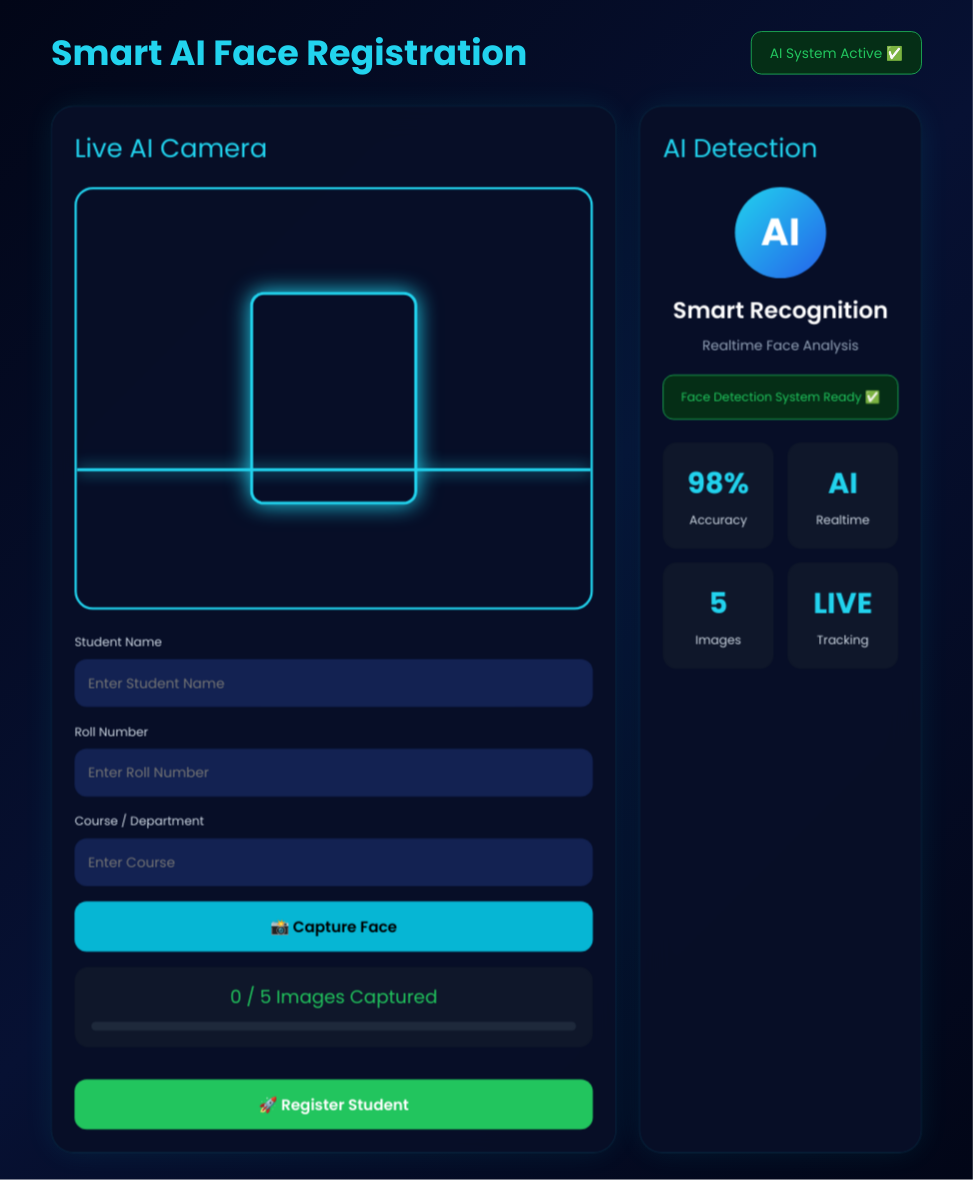
Repository: tejaskale123/smart-campus-intelligence-system
Page: backend/templates/authentication/register_face.html
The author's editor kept a copy of each file at every save. The page is drawn from the files as they stood at one save, then again after the next save.
The browser window is 1280 px wide. The pictures show the whole page, at 76% of full size.
The template is drawn by Django 5.2. The application's start-up code is not run. Other server files are loaded and not shown. The template is opened directly, without the code that normally fills it, so the values that code supplies are empty.

Above is the page before, as saved 2026-05-11 18:29:29.

### backend/templates/authentication/register_face.html
{% load static %}

<!DOCTYPE html>
<html lang="en">

<head>

    <meta charset="UTF-8">

    <meta
        name="viewport"
        content="width=device-width, initial-scale=1.0"
    >

    <title>
        Smart AI Face Registration
    </title>

    <link
        href="https://fonts.googleapis.com/css2?family=Poppins:wght@300;400;500;600;700&display=swap"
        rel="stylesheet"
    >

<style>

*{
    margin:0;
    padding:0;
    box-sizing:border-box;
    font-family:'Poppins',sans-serif;
}

body{

    background:
    linear-gradient(
        135deg,
        #020617,
        #071133,
        #020617
    );

    min-height:100vh;

    color:white;

    overflow-x:hidden;
}

.container{

    width:95%;

    max-width:1600px;

    margin:auto;

    padding:35px;
}

.header{

    display:flex;

    justify-content:space-between;

    align-items:center;

    margin-bottom:35px;
}

.logo{

    font-size:46px;

    font-weight:700;

    color:#22d3ee;
}

.ai-status{

    padding:14px 24px;

    background:#052e16;

    border:1px solid #22c55e;

    border-radius:14px;

    color:#22c55e;

    font-size:18px;
}

.grid{

    display:grid;

    grid-template-columns:2fr 1fr;

    gap:30px;
}

.card{

    background:rgba(8,15,40,0.95);

    border:1px solid rgba(34,211,238,0.15);

    border-radius:30px;

    padding:30px;

    backdrop-filter:blur(20px);

    box-shadow:
    0 0 40px rgba(0,255,255,0.08);
}

.section-title{

    font-size:34px;

    color:#22d3ee;

    margin-bottom:25px;
}

.camera-wrapper{

    position:relative;

    border-radius:24px;

    overflow:hidden;

    border:3px solid #22d3ee;
}

video{

    width:100%;

    height:550px;

    object-fit:cover;

    display:block;
}

.scan-line{

    position:absolute;

    width:100%;

    height:4px;

    background:#22d3ee;

    box-shadow:0 0 20px #22d3ee;

    animation:scan 3s linear infinite;
}

@keyframes scan{

    0%{
        top:0%;
    }

    100%{
        top:100%;
    }
}

.face-box{

    position:absolute;

    top:50%;
    left:50%;

    transform:translate(-50%,-50%);

    width:220px;
    height:280px;

    border:4px solid #22d3ee;

    border-radius:18px;

    box-shadow:
    0 0 30px #22d3ee;
}

.form-area{

    margin-top:30px;
}

.input-group{

    margin-bottom:20px;
}

label{

    display:block;

    margin-bottom:10px;

    color:#cbd5e1;

    font-size:16px;
}

input{

    width:100%;

    padding:18px;

    background:#132252;

    border:none;

    border-radius:16px;

    color:white;

    font-size:18px;

    outline:none;
}

input:focus{

    border:2px solid #22d3ee;
}

.btn{

    width:100%;

    padding:18px;

    border:none;

    border-radius:16px;

    font-size:20px;

    font-weight:600;

    cursor:pointer;

    transition:0.3s;
}

.capture-btn{

    background:#06b6d4;

    color:black;

    margin-bottom:20px;
}

.capture-btn:hover{

    transform:scale(1.02);

    box-shadow:
    0 0 25px #06b6d4;
}

.register-btn{

    background:#22c55e;

    color:white;
}

.register-btn:hover{

    transform:scale(1.02);

    box-shadow:
    0 0 25px #22c55e;
}

.progress-card{

    background:#0f172a;

    padding:22px;

    border-radius:18px;

    margin-bottom:22px;
}

.progress-text{

    text-align:center;

    font-size:24px;

    color:#22c55e;

    margin-bottom:15px;
}

.progress-bar{

    width:100%;

    height:12px;

    background:#1e293b;

    border-radius:20px;

    overflow:hidden;
}

.progress-fill{

    width:0%;

    height:100%;

    background:#22d3ee;

    transition:0.4s;
}

.preview-container{

    display:flex;

    flex-wrap:wrap;

    margin-top:18px;
}

.student-card{

    text-align:center;
}

.avatar{

    width:120px;
    height:120px;

    border-radius:50%;

    margin:auto;

    background:
    linear-gradient(
        135deg,
        #22d3ee,
        #2563eb
    );

    display:flex;

    align-items:center;

    justify-content:center;

    font-size:50px;

    font-weight:700;

    margin-bottom:20px;
}

.student-name{

    font-size:30px;

    font-weight:600;
}

.student-course{

    color:#94a3b8;

    margin-top:10px;

    font-size:18px;
}

.success{

    margin-top:25px;

    background:#052e16;

    border:1px solid #22c55e;

    padding:16px;

    border-radius:14px;

    color:#22c55e;
}

.stats{

    display:grid;

    grid-template-columns:1fr 1fr;

    gap:18px;

    margin-top:30px;
}

.stat{

    background:#0f172a;

    padding:25px;

    border-radius:18px;

    text-align:center;
}

.stat h2{

    font-size:38px;

    color:#22d3ee;
}

.stat p{

    margin-top:8px;

    color:#cbd5e1;
}

#statusBox{

    margin-top:20px;

    text-align:center;

    font-size:18px;

    color:#22c55e;
}

@media(max-width:1100px){

    .grid{
        grid-template-columns:1fr;
    }

    video{
        height:420px;
    }
}

</style>

</head>

<body>

<div class="container">

    <div class="header">

        <div class="logo">

            Smart AI Face Registration

        </div>

        <div class="ai-status">

            AI System Active ✅

        </div>

    </div>

    <div class="grid">

        <!-- LEFT SIDE -->

        <div class="card">

            <div class="section-title">

                Live AI Camera

            </div>

            <div class="camera-wrapper">

                <video
                    id="video"
                    autoplay
                    muted
                    playsinline
                ></video>

                <div class="scan-line"></div>

                <div class="face-box"></div>

            </div>

            <div class="form-area">

                <div class="input-group">

                    <label>
                        Student Name
                    </label>

                    <input
                        type="text"
                        id="student_name"
                        placeholder="Enter Student Name"
                    >

                </div>

                <div class="input-group">

                    <label>
                        Roll Number
                    </label>

                    <input
                        type="text"
                        id="roll_number"
                        placeholder="Enter Roll Number"
                    >

                </div>

                <div class="input-group">

                    <label>
                        Course / Department
                    </label>

                    <input
                        type="text"
                        id="course"
                        placeholder="Enter Course"
                    >

                </div>

                <button
                    type="button"
                    class="btn capture-btn"
                    onclick="captureFace()"
                >

                    📸 Capture Face

                </button>

                <div class="progress-card">

                    <div
                        class="progress-text"
                        id="imageCount"
                    >

                        0 / 5 Images Captured

                    </div>

                    <div class="progress-bar">

                        <div
                            class="progress-fill"
                            id="progressFill"
                        ></div>

                    </div>

                </div>

                <div
                    class="preview-container"
                    id="previewContainer"
                ></div>

                <div id="statusBox"></div>

                <button
                    type="button"
                    class="btn register-btn"
                    onclick="registerStudent()"
                >

                    🚀 Register Student

                </button>

            </div>

        </div>

        <!-- RIGHT SIDE -->

        <div class="card">

            <div class="section-title">

                AI Detection

            </div>

            <div class="student-card">

                <div class="avatar">

                    AI

                </div>

                <div class="student-name">

                    Smart Recognition

                </div>

                <div class="student-course">

                    Realtime Face Analysis

                </div>

                <div class="success">

                    Face Detection System Ready ✅

                </div>

            </div>

            <div class="stats">

                <div class="stat">

                    <h2>98%</h2>

                    <p>Accuracy</p>

                </div>

                <div class="stat">

                    <h2>AI</h2>

                    <p>Realtime</p>

                </div>

                <div class="stat">

                    <h2>5</h2>

                    <p>Images</p>

                </div>

                <div class="stat">

                    <h2>LIVE</h2>

                    <p>Tracking</p>

                </div>

            </div>

        </div>

    </div>

</div>

<script>

let capturedImages = [];

const video =
    document.getElementById("video");


// START CAMERA
navigator.mediaDevices.getUserMedia({
    video:true
})
.then(function(stream){

    video.srcObject = stream;

})
.catch(function(error){

    console.log(error);

    alert("Camera Access Denied");

});



// CAPTURE FACE
function captureFace(){

    if(capturedImages.length >= 5){

        alert("Maximum 5 Images Allowed");

        return;
    }

    const canvas =
        document.createElement("canvas");

    canvas.width = video.videoWidth;

    canvas.height = video.videoHeight;

    const ctx =
        canvas.getContext("2d");

    ctx.drawImage(
        video,
        0,
        0,
        canvas.width,
        canvas.height
    );

    const imageData =
        canvas.toDataURL("image/jpeg");

    capturedImages.push(imageData);


    // UPDATE COUNT
    document.getElementById(
        "imageCount"
    ).innerText =
        capturedImages.length +
        " / 5 Images Captured";


    // UPDATE PROGRESS
    document.getElementById(
        "progressFill"
    ).style.width =
        (capturedImages.length * 20) + "%";


    // IMAGE PREVIEW
    const preview =
        document.getElementById(
            "previewContainer"
        );

    const img =
        document.createElement("img");

    img.src = imageData;

    img.style.width = "90px";

    img.style.height = "90px";

    img.style.objectFit = "cover";

    img.style.borderRadius = "12px";

    img.style.margin = "5px";

    img.style.border =
        "2px solid #22d3ee";

    preview.appendChild(img);


    // SUCCESS
    if(capturedImages.length === 5){

        document.getElementById(
            "statusBox"
        ).innerHTML =
            "✅ 5 Images Captured Successfully";

    }

}




// REGISTER STUDENT
async function registerStudent(){

    const studentName =
        document.getElementById(
            "student_name"
        ).value;

    const rollNumber =
        document.getElementById(
            "roll_number"
        ).value;

    const course =
        document.getElementById(
            "course"
        ).value;



    if(
        studentName === "" ||
        rollNumber === "" ||
        course === ""
    ){

        alert("Fill All Fields");

        return;
    }


    if(capturedImages.length < 5){

        alert("Capture 5 Images First");

        return;
    }


    const formData =
        new FormData();

    formData.append(
        "student_name",
        studentName
    );

    formData.append(
        "roll_number",
        rollNumber
    );

    formData.append(
        "course",
        course
    );


    capturedImages.forEach(function(img){

        formData.append(
            "images[]",
            img
        );

    });



    try{

        const response =
            await fetch(
                "/register-face/",
                {
                    method:"POST",

                    body:formData,

                    headers:{
                        "X-CSRFToken":
                        "{{ csrf_token }}"
                    }
                }
            );

        const data =
            await response.json();


        if(data.status === "success"){

    document.getElementById(
        "statusBox"
    ).innerHTML =
        "✅ Student Registered Successfully";

    // SUCCESS SOUND EFFECT
    const successAudio =
        new Audio(
            "https://actions.google.com/sounds/v1/cartoon/clang_and_wobble.ogg"
        );

    successAudio.play();

    // RESET UI
    capturedImages = [];

    document.getElementById(
        "imageCount"
    ).innerText =
        "0 / 5 Images Captured";

    document.getElementById(
        "progressFill"
    ).style.width = "0%";

    document.getElementById(
        "previewContainer"
    ).innerHTML = "";

    // AUTO REDIRECT
    setTimeout(function(){

        window.location.href =
        "/face-attendance/";

    }, 2000);

}

        else{

            alert(data.message);

        }

    }

    catch(error){

        console.log(error);

        alert("Registration Failed");

    }

}

</script>

</body>
</html>

After the next save:
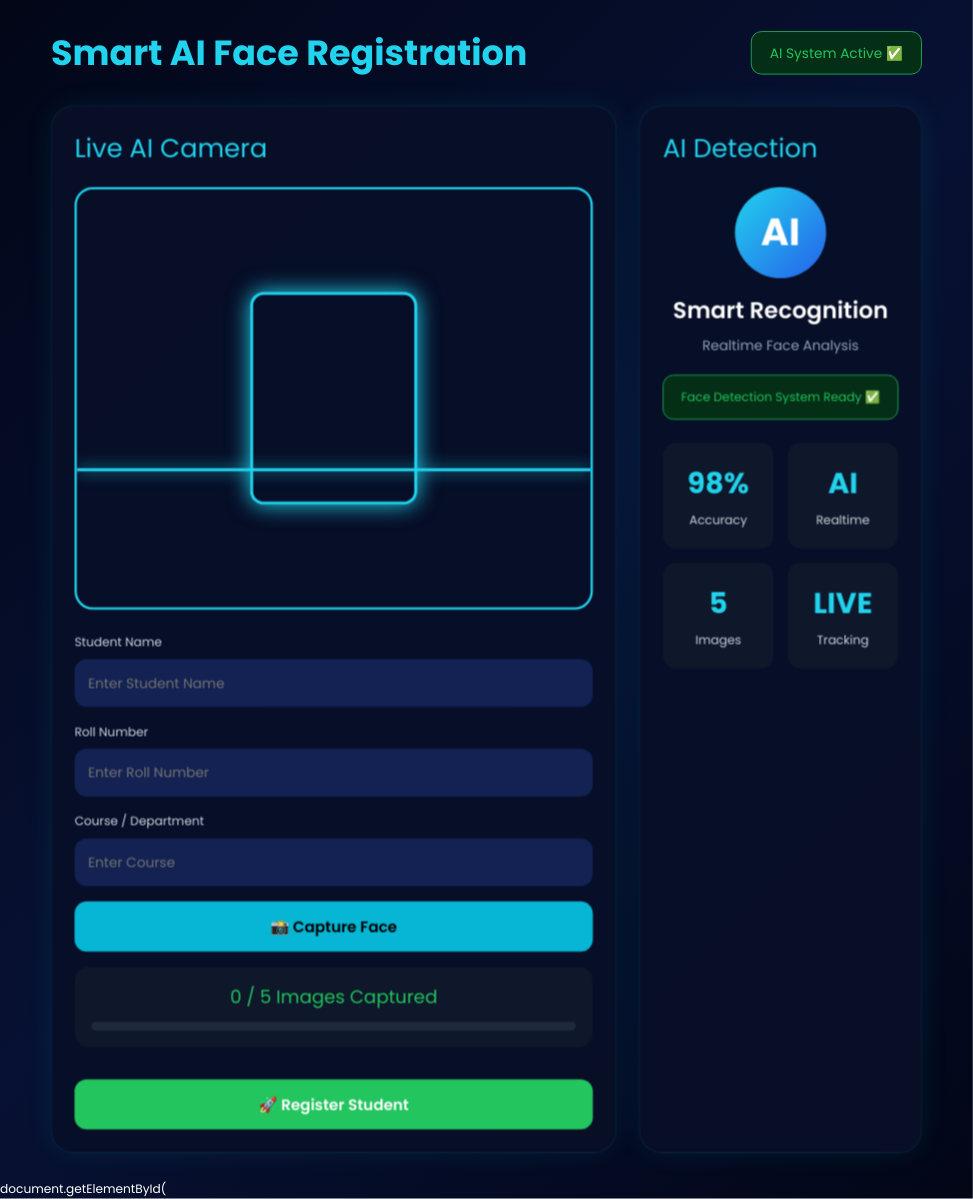
Console error: SyntaxError: Unexpected token ')'
Saved 19 s later.
--- a/backend/templates/authentication/register_face.html
+++ b/backend/templates/authentication/register_face.html
@@ -908,7 +908,6 @@ async function registerStudent(){
 
         if(data.status === "success"){
 
-    document.getElementById(
         "statusBox"
     ).innerHTML =
         "✅ Student Registered Successfully";
@@ -968,4 +967,4 @@ async function registerStudent(){
 </script>
 
 </body>
-</html>
+</html>    document.getElementById(
